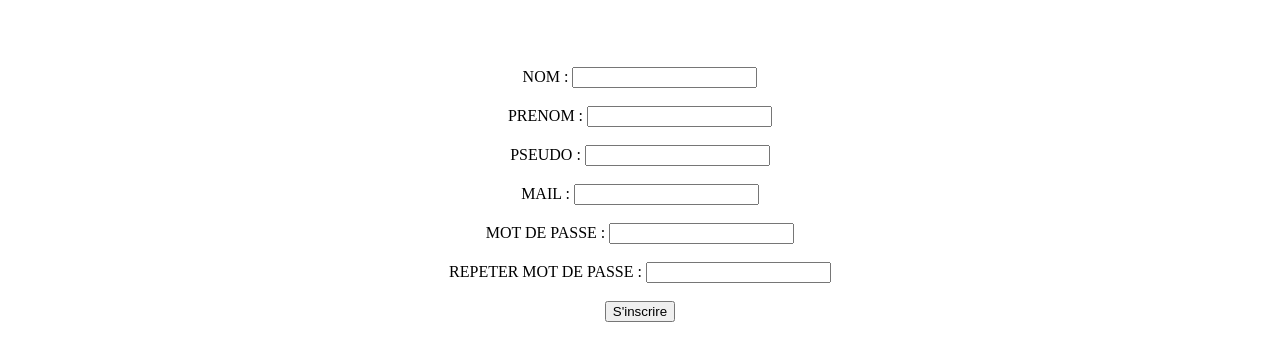
Repository: Aoua1414/JavaDeAoua
Page: http://localhost/MonServletJsp/Inscrire.jsp
An editor plug-in stored every save of this project. The page is shown before and after the next save, followed by the edit.
The browser window is 1280 px wide. The pictures show the whole page.
The page is served by Tomcat 9. Nobody is signed in. The application's start-up code is not run. Other server files are loaded and not shown.

Above is the page before, as saved 2022-07-25 14:13:01.

### ODC/MonServletJsp/src/main/webapp/Inscrire.jsp
<%@ page language="java" contentType="text/html; charset=UTF-8"
    pageEncoding="UTF-8"%>
<!DOCTYPE html>
<html>
<head>
<link rel="stylesheet" href="aoua.css" type="text/css">
<meta charset="UTF-8">
<title>Inscription</title>
</head>
<body>
<h2>INSCRIPTION</h2>

    <form method="post"  action = "Accueil">
     <div>
    <label for= "nom" > NOM :</label>
    <input type="text" id= "nom" name="nom"/>
    </div>
    <div>
    <br>
     <label for= "prenom" > PRENOM :</label>
    <input type="text" />
    </div>

    <div>
    <br>
     <label for= "pseudo" > PSEUDO :</label>
    <input type="text" />
    </div>

    <div>
    <br>
     <label for= "mail" > MAIL :</label>
    <input type="text" />
    </div>

    <div>
    <br>
     <label for= "pass" > MOT DE PASSE :</label>
    <input type="text" />
    </div>

    <div>
    <br>
     <label for= "repeter" > REPETER MOT DE PASSE :</label>
    <input type="text" />
    </div>
    <br>
    <button type="submit">S'inscrire</button>



    </form>

<p>

</p>
</body>
</html>

### ODC/MonServletJsp/src/main/webapp/aoua.css

h2{
	color:white;

}
body {
	text-align : center;
}

After the next save:
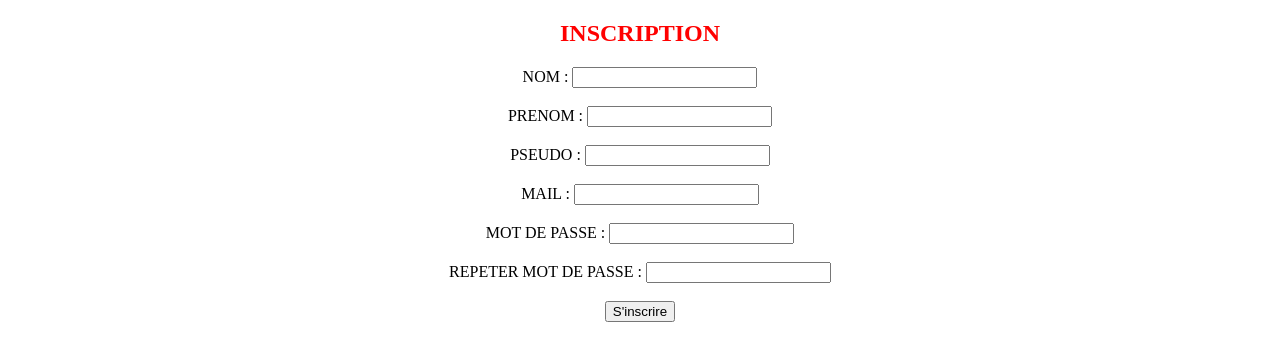
Saved 40 s later.
--- a/ODC/MonServletJsp/src/main/webapp/aoua.css
+++ b/ODC/MonServletJsp/src/main/webapp/aoua.css
@@ -1,6 +1,6 @@
 
 h2{
-	color:white;
+	color:red;
 
 }
 body {
